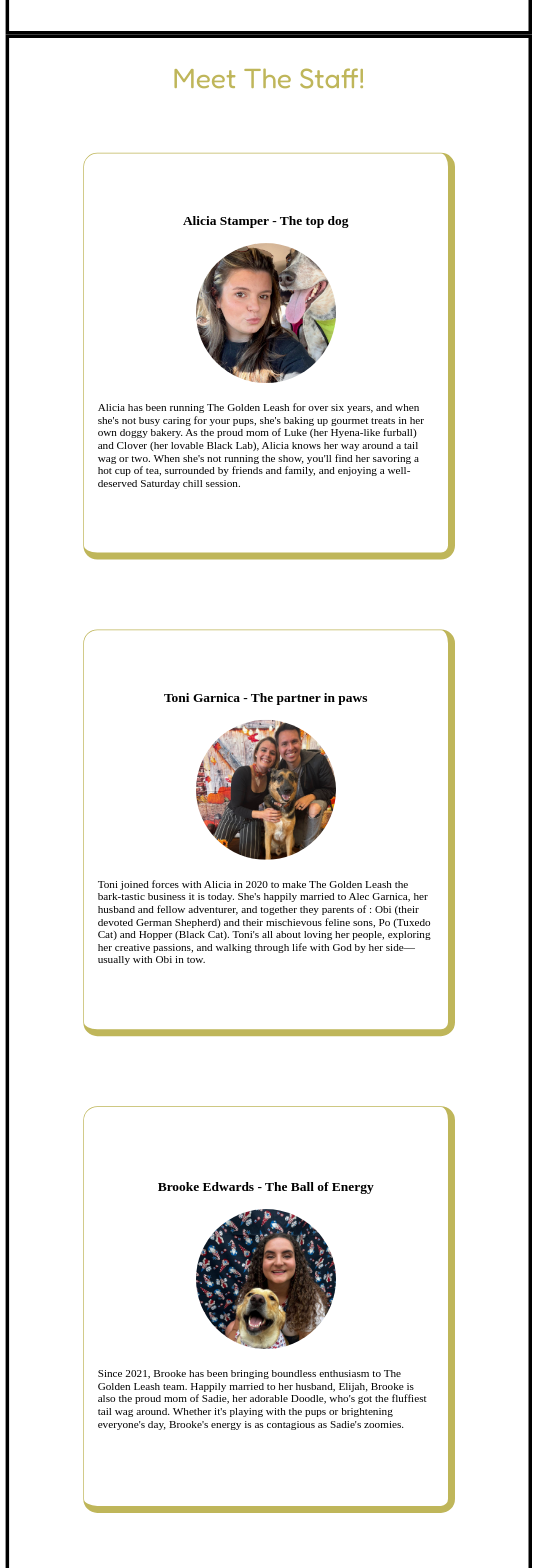
Repository: Aworminator/Thegoldenleash
Page: index.html
These files come from the project's save history. The page is drawn as it stood at one moment and after the next save; the edit follows.
The browser window is 768 px wide. The pictures show the part of the page from y = 2585 to 4825 px (the page is 6782 px tall), at 70% of full size.

Above is the page before, as saved 2025-06-30 19:55:05.

### index.html
<!DOCTYPE html>
<html lang="en">
  <head>
    <meta charset="UTF-8" />
    <meta name="viewport" content="width=device-width, initial-scale=1.0" />
    <title>The Golden Leash</title>
    <link
      rel="stylesheet"
      href="https://cdnjs.cloudflare.com/ajax/libs/font-awesome/6.5.0/css/all.min.css"
      integrity="sha512-..."
      crossorigin="anonymous"
      referrerpolicy="no-referrer"
    />
    <link rel="stylesheet" href="style.css" />
    <link rel="preconnect" href="https://fonts.googleapis.com" />
    <link rel="preconnect" href="https://fonts.gstatic.com" crossorigin />
    <link
      href="https://fonts.googleapis.com/css2?family=Fredoka:wght@300..700&display=swap"
      rel="stylesheet"
    />

    <!-- Everything is great. Look up ideas on how to make everything else translate
    with media query. The logo is fixed, however, other things get messed up after
    the resolution hits a certain point. Figure out how to fix that next. -->
  </head>
  <body>
    <section class="home-page">
      <div class="image-container">
        <div>
          <img src="./Images/GoldenLeashLogo No Nose.png" class="logo" />
        </div>

        <ul class="list">
          <li class="story">Our Story</li>
          <li>Services</li>
          <li>Contact Us</li>
        </ul>
      </div>
    </section>

    <section class="our-story">
      <h1>Our Story</h1>
      <p class="story-info">
        Lorem ipsum odor amet, consectetuer adipiscing elit. Aenean quis
        bibendum condimentum mauris primis integer sollicitudin porttitor.
        Blandit condimentum aptent condimentum orci rhoncus pellentesque euismod
        a. Varius imperdiet fermentum aptent mollis sem eu. Mattis ante pharetra
        quisque nam odio nascetur per. Vitae pellentesque massa facilisi
        maecenas ligula felis. Tristique pulvinar iaculis inceptos lectus elit
        fusce. <br /><br />
        Nisl erat purus sem imperdiet varius erat taciti cursus. Leo ante lectus
        potenti lacus viverra senectus commodo fringilla. Imperdiet est
        parturient ornare imperdiet tempor vulputate. Parturient porttitor
        quisque platea turpis vel porta. Torquent feugiat curabitur posuere
        hendrerit ipsum eros vel erat. Aenean netus proin arcu taciti nec
        efficitur ullamcorper.
      </p>
    </section>

    <section class="services">
      <h1>Services</h1>
      <div class="icon-container">
        <i class="fa-solid fa-house" id="icon"></i>
        <i class="fa-solid fa-dog" id="icon"></i>
        <i class="fa-solid fa-paw" id="icon"></i>
        <i class="fa-solid fa-bath" id="icon"></i>
      </div>
      <h1>Click for Info</h1>
      <p class="service-info">
        At The Golden Leash, we bring personalized care directly to you! Our
        team will stop by to check on your dog and take them for a walk tailored
        to their needs. Each walk typically lasts around 45 minutes, giving your
        pup plenty of exercise and attention. <br /><br />
        Your dog's safety and well-being are our top priorities. That’s why we
        monitor the weather closely, ensuring your furry friend isn’t exposed to
        unsafe conditions. We avoid walks in temperatures below 28°F, and during
        extreme heat, we’ll adjust walk times to protect your dog’s paws from
        hot sidewalks. Because your dog deserves the very best care—rain, shine,
        or snow!
      </p>
    </section>

    <section class="staff">
      <h1>Meet The Staff!</h1>
      <div id="staff-cards"></div>
    </section>

    <section class="contact">
      <h1>Contact Us</h1>
      <form class="contact-form">
        <div class="form-group">
          <label for="name">Name</label>
          <input type="text" id="name" name="name" required />
        </div>
        <div class="form-group">
          <label for="email">Email</label>
          <input type="email" id="email" name="email" required />
        </div>
        <div class="form-group">
          <label for="message">Message</label>
          <textarea id="message" name="message" rows="5" required></textarea>
        </div>
        <button type="submit" class="contact-btn">Send Message</button>
      </form>
    </section>
    <script src="script.js"></script>
  </body>
</html>

### style.css
h1 {
  font-family: "Fredoka", serif;
  font-optical-sizing: auto;
  font-weight: 400; /* Replace <weight> with a valid value */
  font-style: normal;
  color: #bfb65a;
  font-variation-settings: "wdth" 100;
  text-align: center;
  font-size: 4em;
}

h2 {
  text-align: center;
}

.image-container {
  display: flex;
  flex-direction: row;
  justify-content: space-around;
}

.home-page {
  border: black solid 5px;
  min-height: 50vh;
}

.services,
.staff,
.contact,
.our-story {
  border: black solid 5px;
  min-height: 600px;
}

.logo {
  width: 100%;
  max-width: 600px; /* or whatever the largest size you want */
  height: auto;
  display: block;
}

.list {
  font-size: 3em;
  padding: 50px;
}

li {
  font-family: "Fredoka", serif;
  font-optical-sizing: auto;
  font-weight: 400; /* Replace <weight> with a valid value */
  font-style: normal;
  color: #bfb65a;
  font-variation-settings: "wdth" 100;
  font-size: 1.3em;
  margin-bottom: 80px;
  text-shadow: 3px 3px 0px rgba(191, 183, 90, 0.336),
    0 0 16px rgba(191, 182, 90, 0.25);
}

.icon-container {
  display: flex;
  justify-content: center;
}

#icon {
  background-color: #bfb65a;
  height: 100px;
  width: 100px;
  border-radius: 50%;
  display: flex;
  justify-content: center;
  align-items: center;
  font-size: 2em;
  margin: 30px;
}

#icon:hover {
  transform: scale(1.1);
  transition: transform 0.2s;
}

#icon:active {
  transform: scale(0.9);
  transition: transform 0.2s;
}

.service-info,
.story-info {
  text-align: center;
  font-size: 1.5rem;
  margin: 100px;
}

.service-info {
  display: none;
  background-color: rgb(182, 182, 182);
  border-radius: 10px;
  padding: 5px;
  animation: slide-fwd-tr 1.3s cubic-bezier(0.25, 0.46, 0.45, 0.94) both;
}

.card {
  height: 500px;
  width: 500px;
  border: none;
  border-bottom: 10px solid #bfb65a;
  border-right: 10px solid #bfb65a;
  border-top: 1px solid #bfb65a;
  border-left: 1px solid #bfb65a;
  border-radius: 20px;
  display: flex;
  flex-direction: column;
  justify-content: center;
  align-items: center;
  margin: 50px;
  padding: 10px;
}

.profile-pic {
  height: 200px;
  border-radius: 50%;
  object-fit: cover;
  object-position: top;
  width: 200px;
}

.profile-pic:hover {
  transform: scale(1.15);
  transition: transform 0.2s;
}

#staff-cards {
  display: flex;
  flex-direction: row;
  flex-wrap: wrap;
  align-items: center;
  justify-content: space-around;
}

.staff-info {
  padding: 30px;
  font-size: 1.1em;
}

@keyframes slide-fwd-tr {
  0% {
    opacity: 0%;
    transform: translateZ(180px) translateY(120px) translateX(-120px);
  }
  100% {
    opacity: 100%;
    transform: translateZ(0px) translateY(0px) translateX(0px);
  }
}

@media (max-width: 900px) {
  .image-container {
    flex-direction: column;
    align-items: center;
  }

  .info {
    font-size: 1em;
  }

  .staff-info {
    font-size: 1em;
    overflow: hidden;
    padding: 10px;
  }

  .card {
    height: 550px;
  }

  h1 {
    font-size: 2.5em;
  }

  h2 {
    font-size: 1.2em;
    padding: 5px;
  }
}

@media (max-width: 600px) {
  .contact-form {
    padding: 18px 8px 14px 8px;
    max-width: 95vw;
  }
}

/* Contact Form Styles */
.contact-form {
  max-width: 500px;
  margin: 40px auto 0 auto;
  border-radius: 16px;
  box-shadow: 0 4px 24px rgba(191, 182, 90, 0.15);
  padding: 32px 28px 24px 28px;
  display: flex;
  flex-direction: column;
  gap: 18px;
}
.form-group {
  display: flex;
  flex-direction: column;
  gap: 6px;
}
.contact-form label {
  font-size: 1.1em;
  color: black;
  font-weight: 600;
  margin-bottom: 2px;
}
.contact-form input,
.contact-form textarea {
  padding: 10px 12px;
  border: 1.5px solid black;
  border-radius: 8px;
  font-size: 1em;
  font-family: inherit;
  transition: border 0.2s;
}
.contact-form input:focus,
.contact-form textarea:focus {
  outline: none;
  border: 2px solid black;
}
.contact-btn {
  background: #bfb65a;
  color: #fff;
  border: none;
  border-radius: 8px;
  padding: 12px 0;
  font-size: 1.1em;
  font-weight: 700;
  cursor: pointer;
  margin-top: 10px;
  box-shadow: 0 2px 8px rgba(191, 182, 90, 0.12);
  transition: background 0.2s, transform 0.2s;
}
.contact-btn:hover {
  background: #a49e4a;
  transform: translateY(-2px) scale(1.03);
}

### script.js
const staffMembers = [
  {
    name: "Alicia Stamper",
    title: "The top dog",
    image: "./Images/Staff Pictures/Alicia TGL Picture.jpg",
    info: "Alicia has been running The Golden Leash for over six years, and when she's not busy caring for your pups, she's baking up gourmet treats in her own doggy bakery. As the proud mom of Luke (her Hyena-like furball) and Clover (her lovable Black Lab), Alicia knows her way around a tail wag or two. When she's not running the show, you'll find her savoring a hot cup of tea, surrounded by friends and family, and enjoying a well-deserved Saturday chill session.",
  },
  {
    name: "Toni Garnica",
    title: "The partner in paws",
    image: "./Images/Staff Pictures/Toni TGL Picture.jpg",
    info: "Toni joined forces with Alicia in 2020 to make The Golden Leash the bark-tastic business it is today. She's happily married to Alec Garnica, her husband and fellow adventurer, and together they parents of : Obi (their devoted German Shepherd) and their mischievous feline sons, Po (Tuxedo Cat) and Hopper (Black Cat). Toni's all about loving her people, exploring her creative passions, and walking through life with God by her side—usually with Obi in tow.",
  },
  {
    name: "Brooke Edwards",
    title: "The Ball of Energy",
    image: "./Images/Staff Pictures/Brooke TGL Picture.jpg",
    info: "Since 2021, Brooke has been bringing boundless enthusiasm to The Golden Leash team. Happily married to her husband, Elijah, Brooke is also the proud mom of Sadie, her adorable Doodle, who's got the fluffiest tail wag around. Whether it's playing with the pups or brightening everyone's day, Brooke's energy is as contagious as Sadie's zoomies.",
  },
  {
    name: "Carolyn Lesko",
    title: "The Wildcard",
    image: "./Images/Staff Pictures/Carolyn TGL Picture.jpg",
    info: "Carolyn is the undisputed wildcard of The Golden Leash crew. Whether she's quoting tik tok meme's, playing a mean game of Gang Beasts on her days off, or keeping things exciting, Carolyn keeps us all on our toes. She's the proud mom of her dog (to be named and praised at a later date). Fun fact: Carolyn is allergic to grass and being on time.",
  },
  {
    name: "Lisa",
    title: "The Backbone of the pack",
    image: "./Images/Staff Pictures/Lisa and rip Van Winkle.png",
    info: "Lisa is the kind of hard worker who makes everything run like clockwork at The Golden Leash. With her unmatched dedication and a can-do attitude, she's the go-to person for getting things done. Whether it's caring for pups, organizing schedules, or simply being awesome, Lisa brings a level of expertise and warmth that every team dreams of having. We're lucky to have her!",
  },
];

const house = document.querySelector(".fa-house");
const serviceInfo = document.querySelector(".service-info");
const service = document.querySelector(".services");
const staffCards = document.querySelector("#staff-cards");

house.addEventListener("click", () => {
  serviceInfo.style.display = "block";
  serviceInfo.scrollIntoView({ behavior: "smooth" });
});

staffMembers.forEach((person) => {
  const newCard = document.createElement("div");
  newCard.classList.add("card");
  newCard.innerHTML = `<h2>${person.name} - ${person.title}</h2>
          <img
            src="${person.image}"
            alt="${person.name} Profile-Pic"
            class="profile-pic"
          />
          <p class="staff-info">
            ${person.info}
          </p>`;
  staffCards.appendChild(newCard);
});

After the next save:
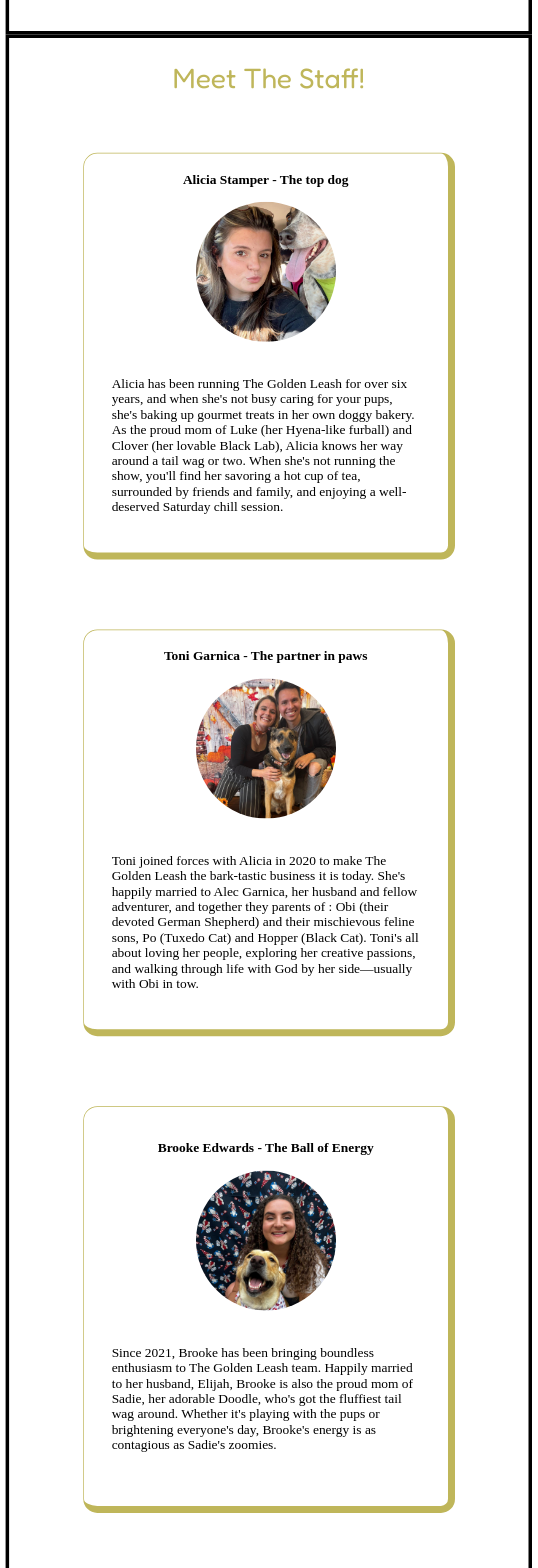
Saved 24 s later.
--- a/style.css
+++ b/style.css
@@ -164,9 +164,9 @@ li {
   }
 
   .staff-info {
-    font-size: 1em;
-    overflow: hidden;
-    padding: 10px;
+    font-size: 1.2em;
+    /* overflow: hidden;
+    padding: 10px; */
   }
 
   .card {
